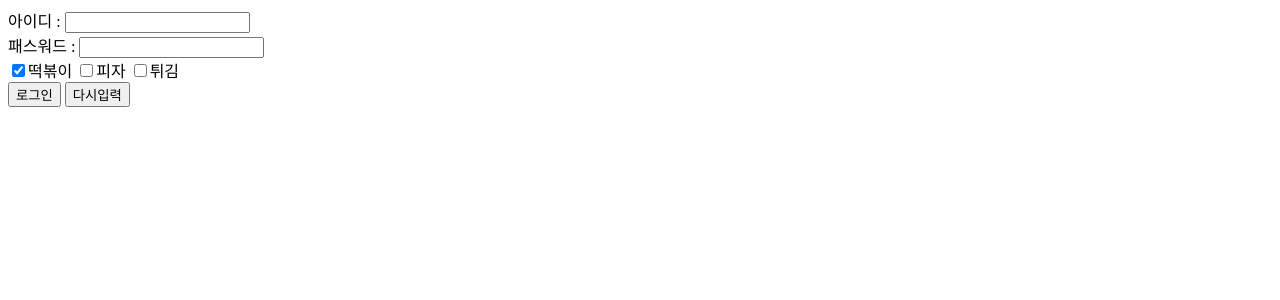
Repository: onerain5120/db_conn
Page: eclipse-workspace/pro06/src/main/webapp/login.html
The author's editor kept a copy of each file at every save. The page is drawn from the files as they stood at one save, then again after the next save.
The browser window is 1280 px wide. The pictures show the whole page.

Above is the page before, as saved 2023-09-27 05:39:15.

After the next save:
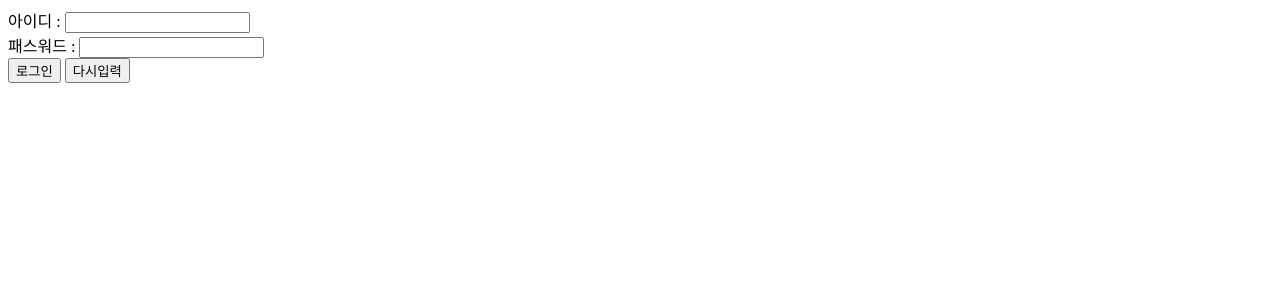
Saved 29 s later.
--- a/eclipse-workspace/pro06/src/main/webapp/login.html
+++ b/eclipse-workspace/pro06/src/main/webapp/login.html
@@ -12,9 +12,9 @@
 		아이디 : <input type="text" name="user_id"><br>
 		패스워드 : <input type="password" name="user_pw"><br>
 
-		<input type="checkbox" value="dd" name="menu" checked>떡볶이
+		<!--<input type="checkbox" value="dd" name="menu" checked>떡볶이
 		<input type="checkbox" value="piz" name="menu">피자
-		<input type="checkbox" value="tg" name="menu">튀김<br>
+		<input type="checkbox" value="tg" name="menu">튀김<br>-->
 
 
 		<input type="submit" value="로그인">
